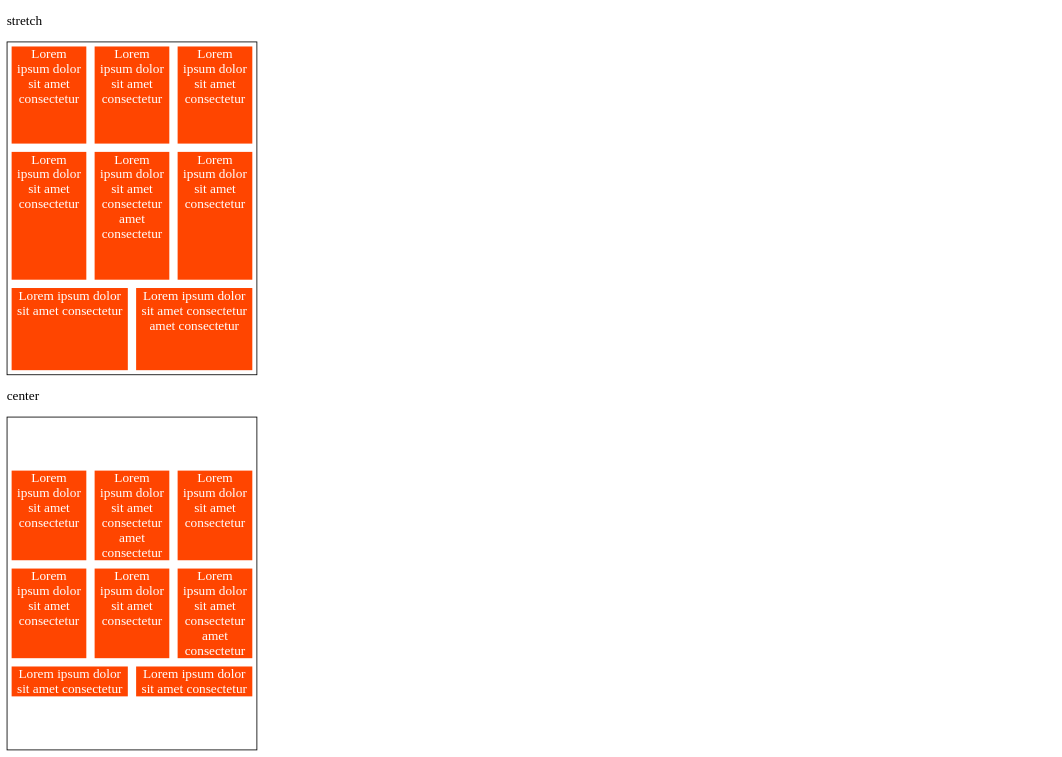
Repository: gabrielbino/projects-dio
Page: Flexbox/@align-content.html
These files come from the project's save history. The page is drawn as it stood at one moment and after the next save; the edit follows.
The browser window is 1280 px wide. The pictures show the whole page, at 83% of full size.

Above is the page before, as saved 2021-10-22 18:39:32.

After the next save:
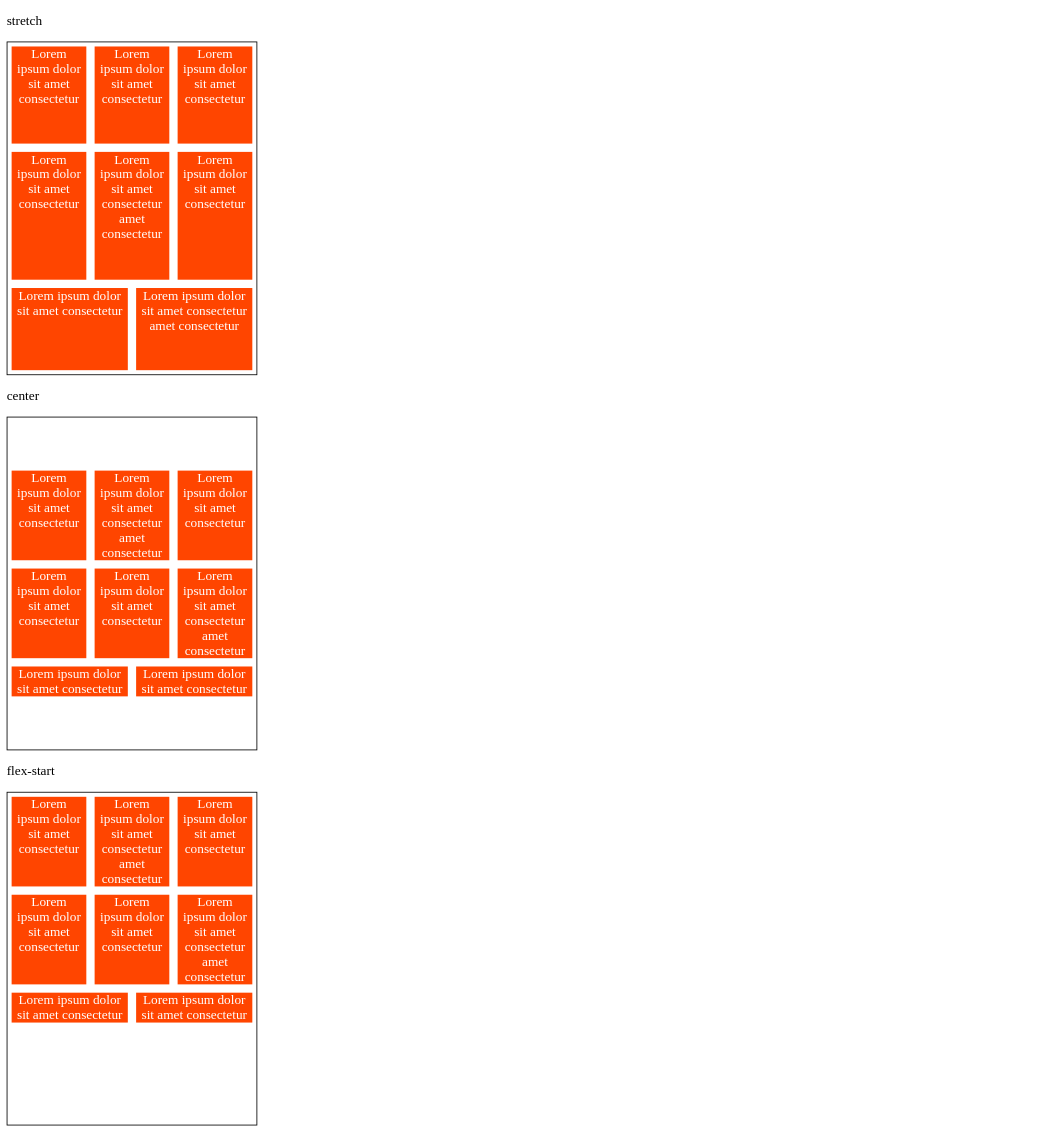
Saved 52 s later.
--- a/Flexbox/@align-content.html
+++ b/Flexbox/@align-content.html
@@ -28,6 +28,10 @@
 
       .center {
         align-content: center;
+      }
+
+      .flexStart {
+        align-content: flex-start;
       }
     </style>
   </head>
@@ -63,5 +67,21 @@
       <div class="item">Lorem ipsum dolor sit amet consectetur</div>
       <div class="item">Lorem ipsum dolor sit amet consectetur</div>
     </div>
+
+    <p>flex-start</p>
+    <div class="container flexStart">
+      <div class="item">Lorem ipsum dolor sit amet consectetur</div>
+      <div class="item">
+        Lorem ipsum dolor sit amet consectetur amet consectetur
+      </div>
+      <div class="item">Lorem ipsum dolor sit amet consectetur</div>
+      <div class="item">Lorem ipsum dolor sit amet consectetur</div>
+      <div class="item">Lorem ipsum dolor sit amet consectetur</div>
+      <div class="item">
+        Lorem ipsum dolor sit amet consectetur amet consectetur
+      </div>
+      <div class="item">Lorem ipsum dolor sit amet consectetur</div>
+      <div class="item">Lorem ipsum dolor sit amet consectetur</div>
+    </div>
   </body>
 </html>
